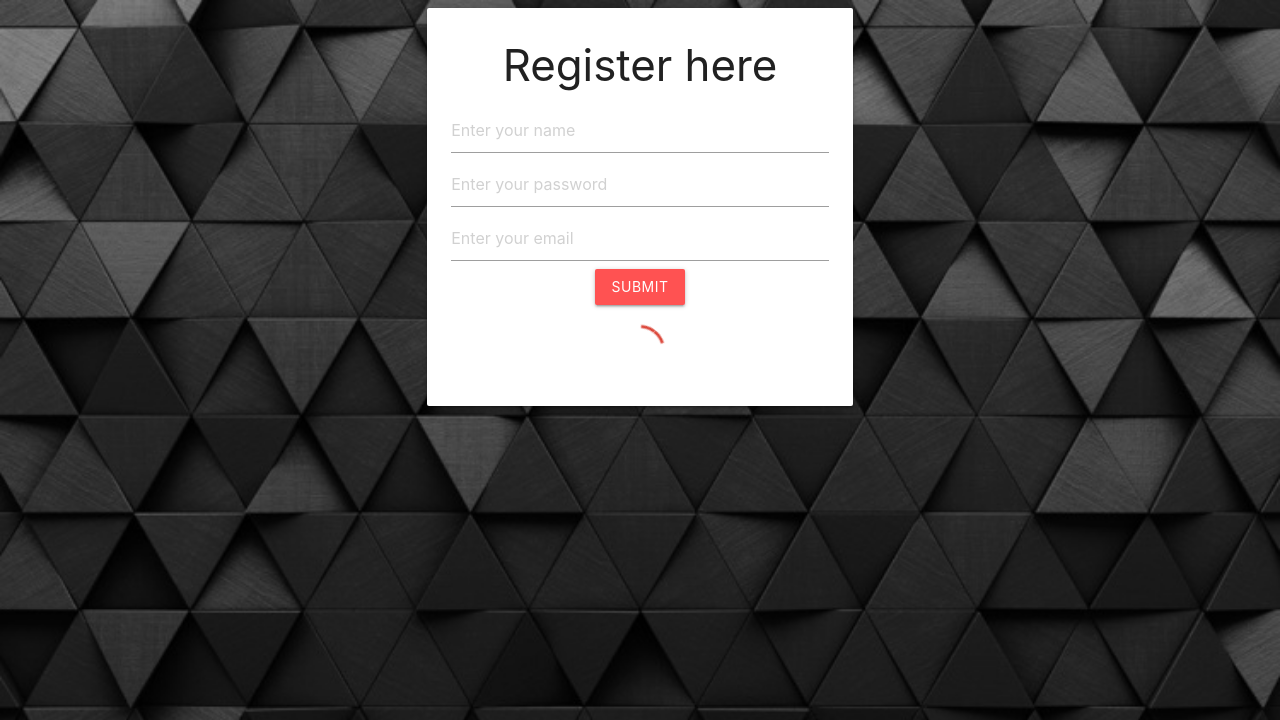
Repository: Attishgawali/JavaServletAndJSP
Page: http://localhost/Register/signup.jsp
An editor plug-in stored every save of this project. The page is shown before and after the next save, followed by the edit.
The browser window is 1280 px wide. The pictures show the whole page.
The page is served by Tomcat 9.

Above is the page before, as saved 2023-07-06 11:47:12.

### Register/src/main/webapp/signup.jsp
<%@ page language="java" contentType="text/html; charset=UTF-8"
	pageEncoding="UTF-8"%>
<!DOCTYPE html>
<html>
<head>
<meta charset="UTF-8">
<title>Insert title here</title>
<!-- Compiled and minified CSS -->
<link rel="stylesheet"
	href="https://cdnjs.cloudflare.com/ajax/libs/materialize/1.0.0/css/materialize.min.css">

<!-- Compiled and minified JavaScript -->
<script
	src="https://cdnjs.cloudflare.com/ajax/libs/materialize/1.0.0/js/materialize.min.js"></script>
</head>
<body
	style="background: url(image/shutterstock.jpg); background-size: cover; background-attachment: fixed">
	<div class="container">
		<div class="row">
			<div class="col m6 offset-m3 ">
				<div class="card">
					<div class="card-content">
						<h3 style="margin-top: 10px;" class="center-align">Register
							here</h3>
						<div class="form center-align">
							<form action="register" method="post">
								<input type="text" name="username" placeholder="Enter your name">
								<input type="password" name="userpassword"
									placeholder="Enter your password"> <input type="email"
									name="useremail" placeholder="Enter your email">

								<button type="submit" class="btn #ff5252 red accent-2">Submit</button>
							</form>
						</div>

						<div class="loader center-align" style="margin-top: 20px;">
							<div class="preloader-wrapper active">
								<div class="spinner-layer spinner-red-only">
									<div class="circle-clipper left">
										<div class="circle"></div>
									</div>
									<div class="gap-patch">
										<div class="circle"></div>
									</div>
									<div class="circle-clipper right">
										<div class="circle"></div>
									</div>
								</div>
							</div>
						</div>
					</div>
				</div>
			</div>
		</div>
	</div>
</body>
</html>

After the next save:
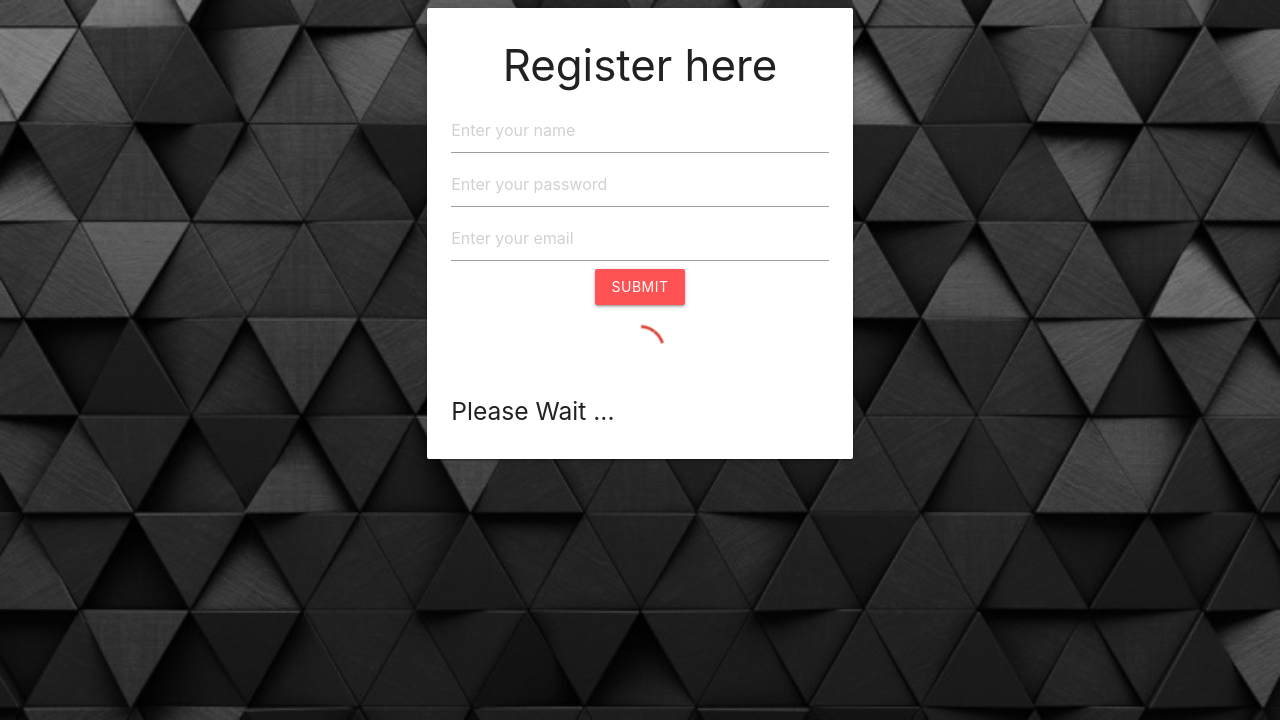
Saved 58 s later.
--- a/Register/src/main/webapp/signup.jsp
+++ b/Register/src/main/webapp/signup.jsp
@@ -48,6 +48,8 @@
 								</div>
 							</div>
 						</div>
+
+						<h5>Please Wait ...</h5>
 					</div>
 				</div>
 			</div>
